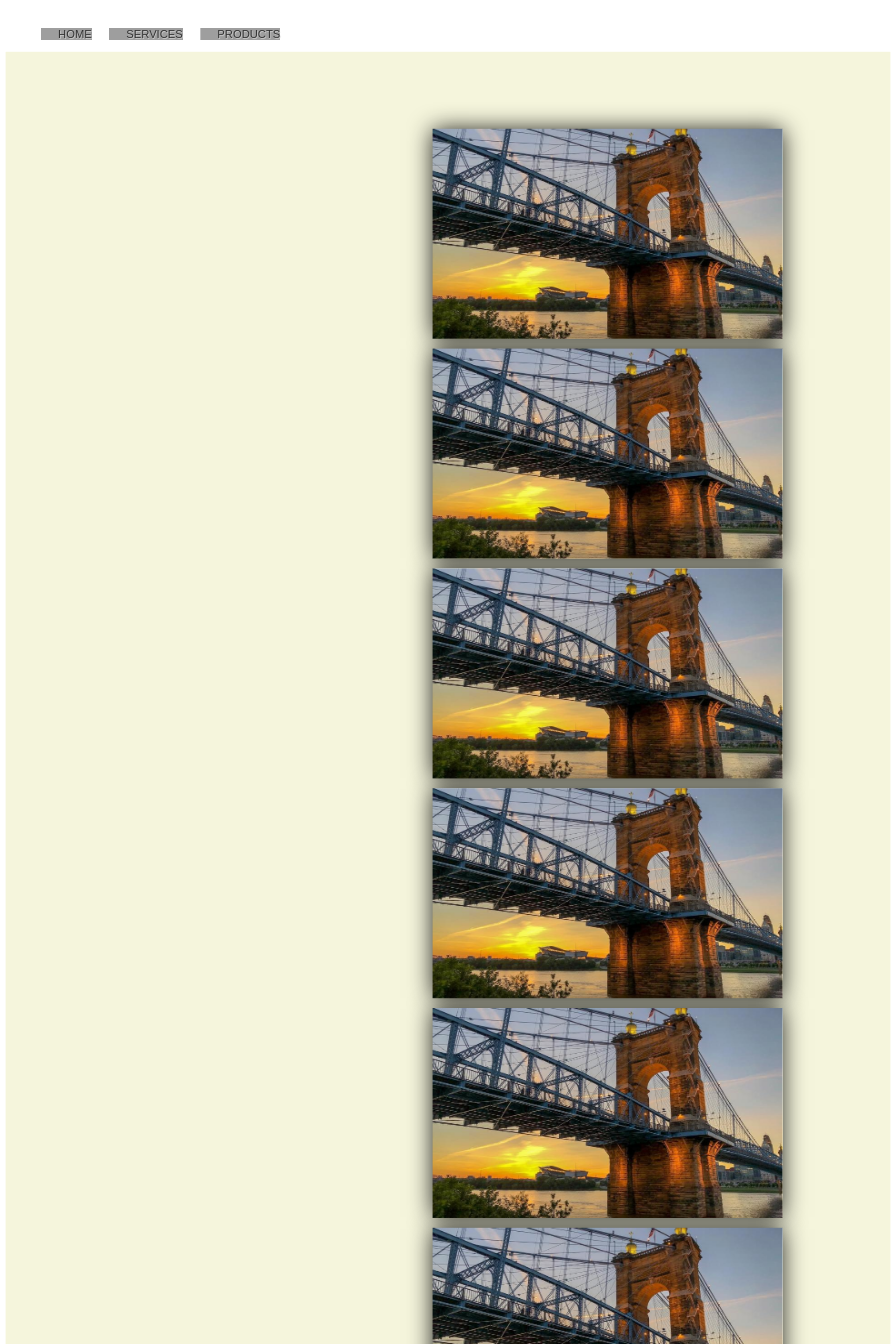
Repository: LtGriff/capstoneprogress
Page: index.html
An editor plug-in stored every save of this project. The page is shown before and after a run of saves, followed by the edit.
The browser window is 1280 px wide. The pictures show the part of the page from y = 0 to 1920 px (the page is 4718 px tall before and 3776 px after), at 70% of full size.
Pictures or frames that could not be fetched are drawn as grey boxes.

Above is the page before, as saved 2022-06-06 01:12:31.

After the next 2 saves:
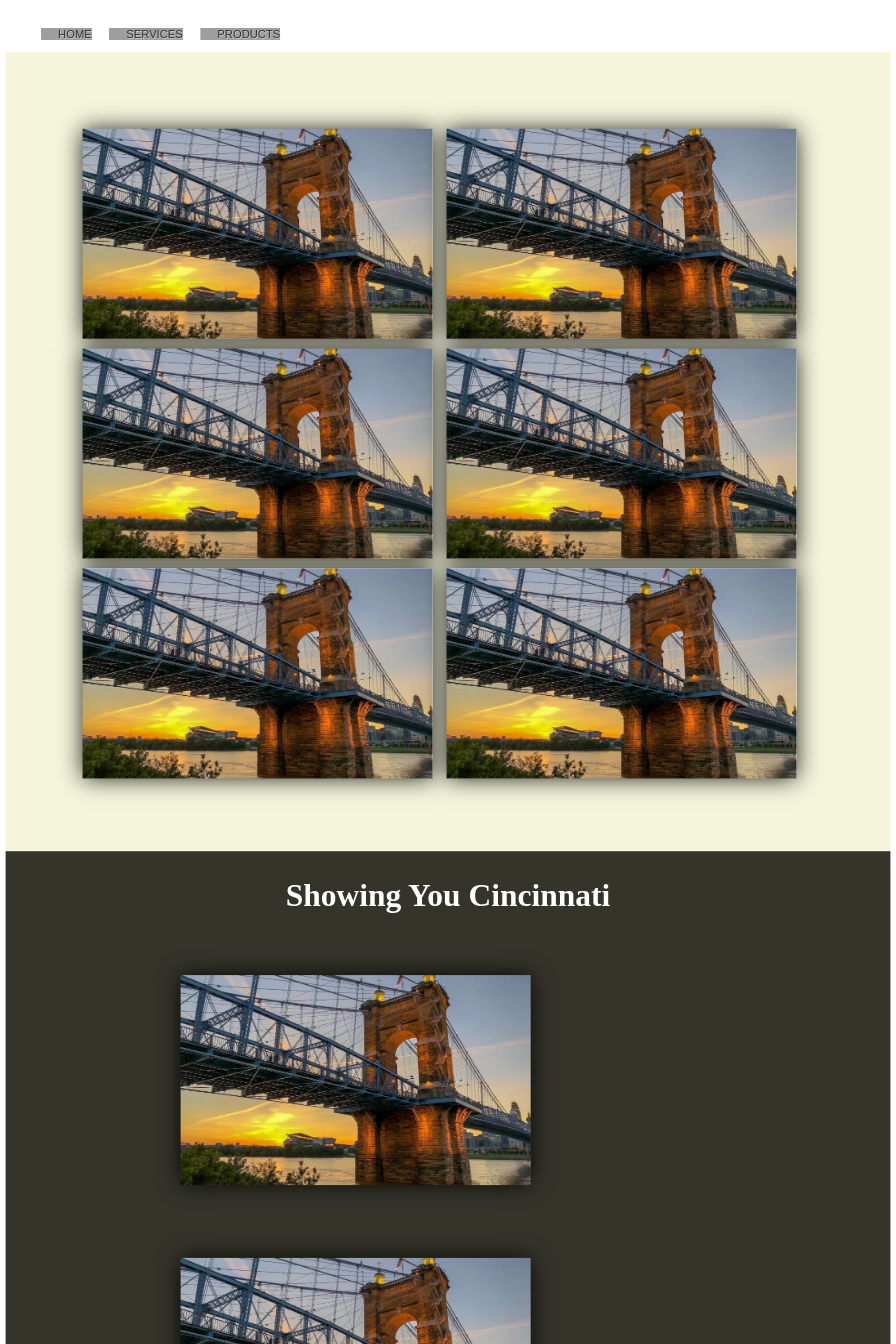
The 2 saves are shown as one change because they came seconds apart.
The last was saved 21 s later.
--- a/style.css
+++ b/style.css
@@ -25,10 +25,10 @@ body { font-family: sans-serif; }
   /* justify-content: space-between; */
   background-color: beige;
   height: 100%;
-  padding-left: 600px;
+  padding-left: 100px;
   padding-bottom: 100px;
   padding-top: 100px;
-  padding-right: 30px;
+  padding-right: 100px;
 }
 
 .gallery .picture{
